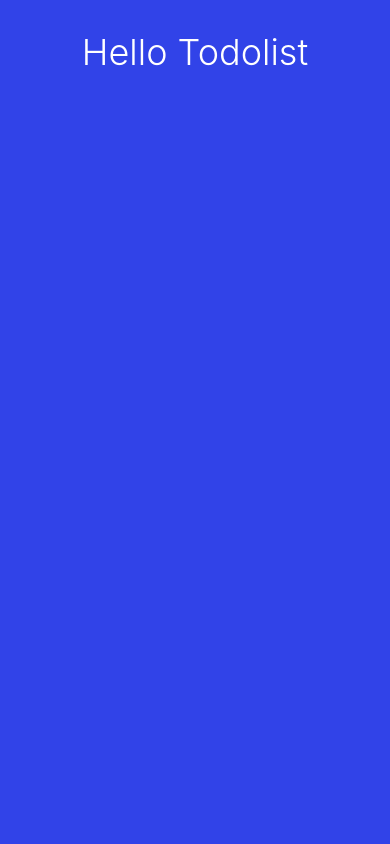
Repository: GoodHoneyCake/toy_project3
Page: /
The author's editor kept a copy of each file at every save. The page is drawn from the files as they stood at one save, then again after a run of saves.
The browser window is 390 px wide. The pictures show the whole page.
The app was drawn by React Native's web renderer in a window 390 px wide. The project was rebuilt for these pictures with package versions that can differ from the ones it lists, and the page was loaded fresh each time.

Above is the page before, as saved 2021-02-08 16:24:39.

After the next 2 saves:
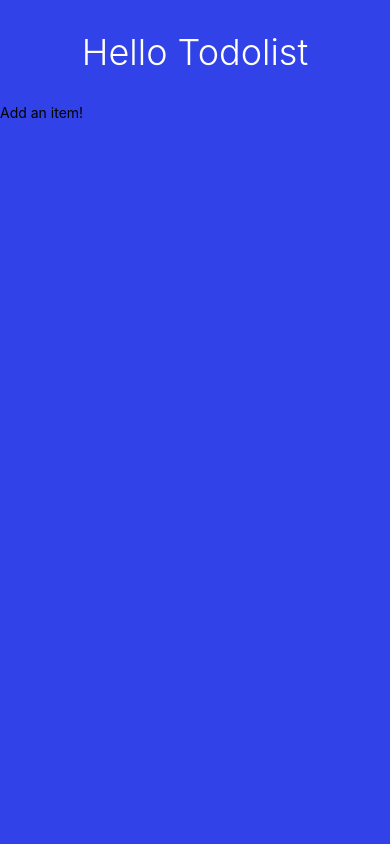
The 2 saves are shown as one change because 1 did not build or start.
The last was saved 73 s later.
--- a/components/main.jsx
+++ b/components/main.jsx
@@ -1,10 +1,13 @@
 import React from "react";
-import { SafeAreaView, Text, StyleSheet } from "react-native";
+import { SafeAreaView, StyleSheet, TextInput, View, Text } from "react-native";
 
 const Main = () => {
   return (
     <SafeAreaView style={styles.container}>
       <Text style={styles.appTitle}>Hello Todolist</Text>
+      <View style={styles.card}>
+        <TextInput style={styles.input} placeholder="Add an item!" />
+      </View>
     </SafeAreaView>
   );
 };
